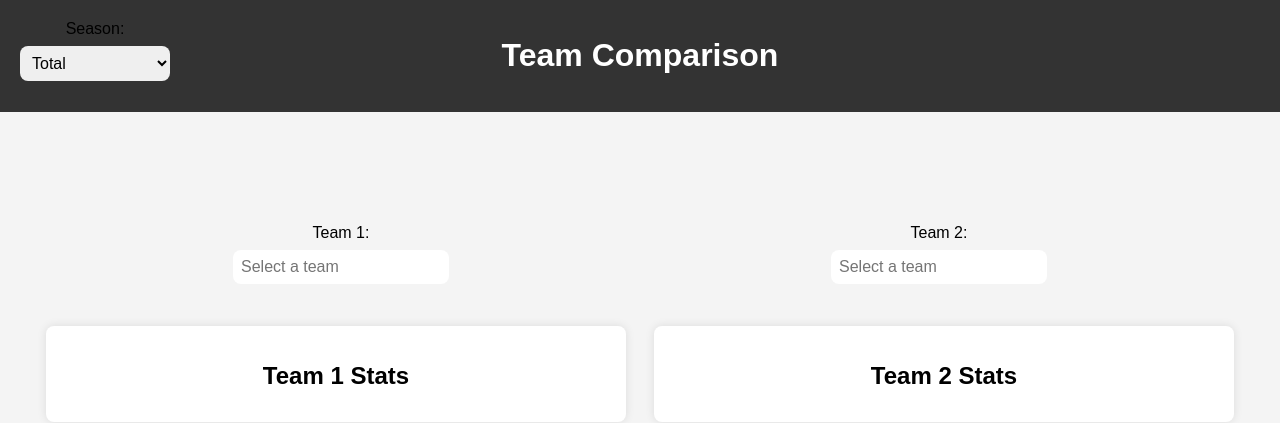
Repository: Enzo-py/dataviz-project-m1
Page: stat_page.html
An editor plug-in stored every save of this project. The page is shown before and after a run of saves, followed by the edit.
The browser window is 1280 px wide. The pictures show the whole page.
Some web fonts or font styles are not loaded; a fallback is used.

Above is the page before, as saved 2024-12-12 15:44:17.

After the next 6 saves:
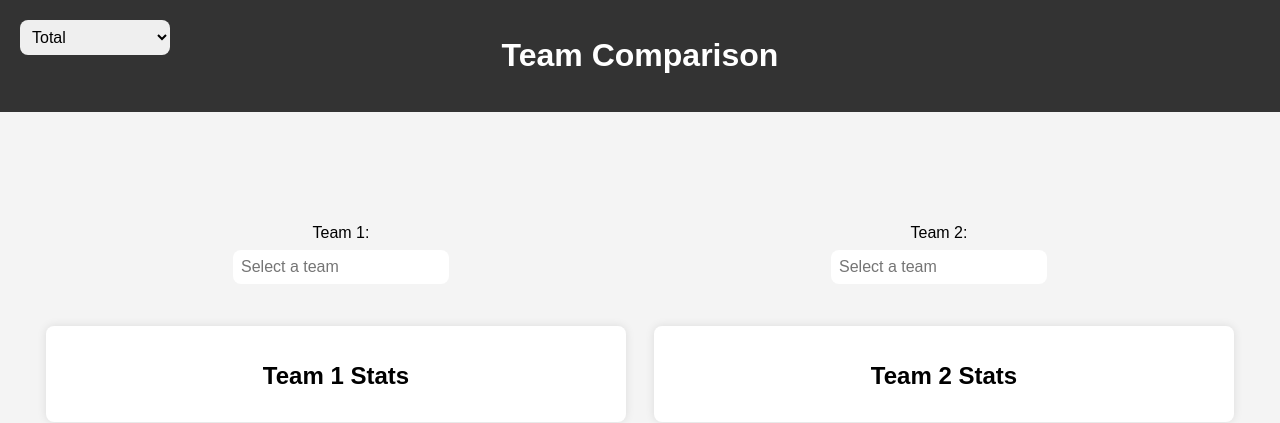
The 6 saves are shown as one change because they came seconds apart.
The last was saved 16 s later.
--- a/stat_page.html
+++ b/stat_page.html
@@ -11,12 +11,11 @@
 </head>
 <body>
     <div class="season">
-        <label for="season">Season:</label>
         <select id="season">
             <option value="All Seasons">Total</option>
             <option value="2021-2022">2021</option>
-            <option value="2022_">2022</option>
-            <option value="2023">2023</option>
+            <option value="2022-2023">2022</option>
+            <option value="2023-2024">2023</option>
         </select>
     </div>
     <header>
